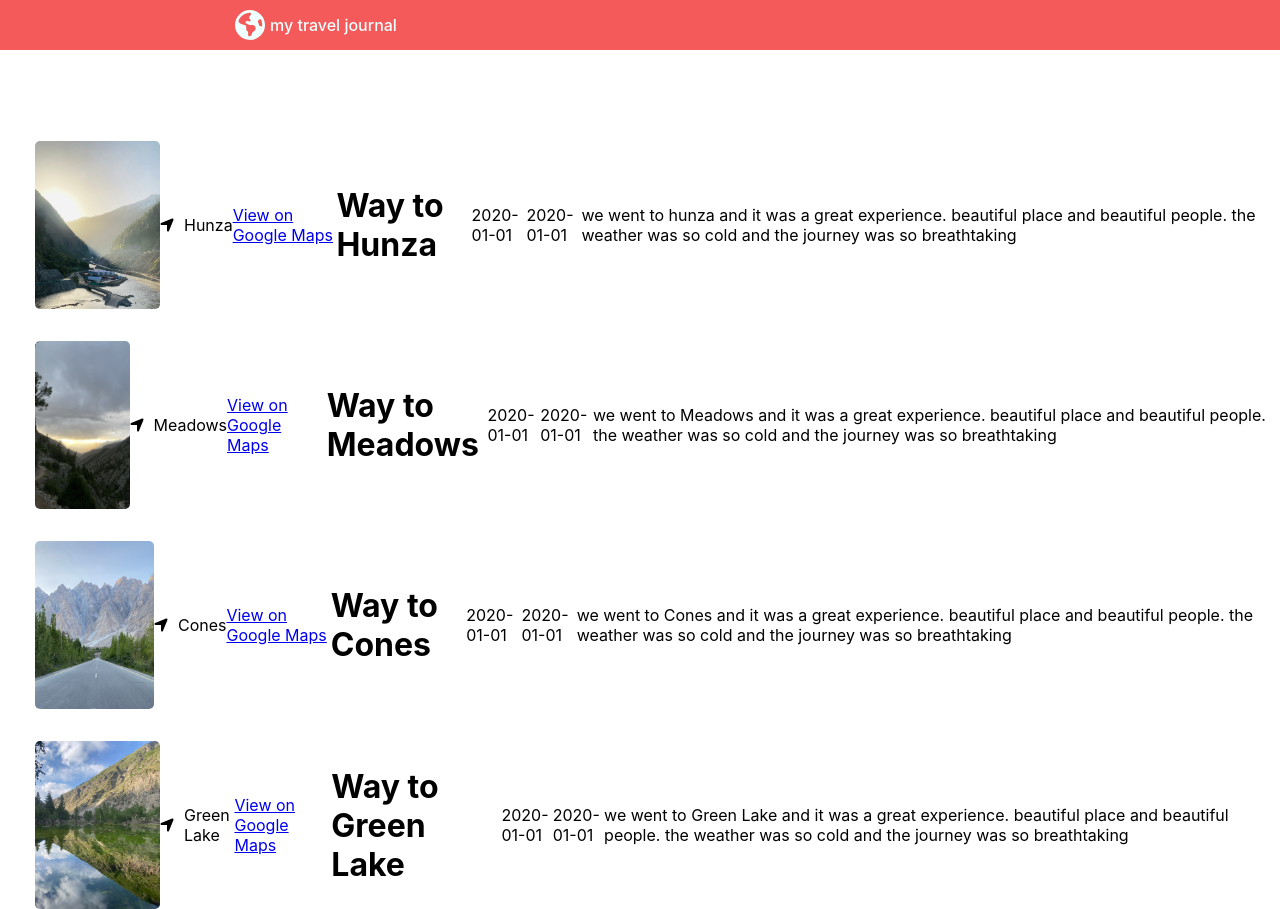
Repository: mortiestmorty1/travel-journal
Page: /
An editor plug-in stored every save of this project. The page is shown before and after the next save, followed by the edit.
The browser window is 1280 px wide. The pictures show the whole page.
The project was rebuilt for these pictures with package versions that can differ from the ones it lists, and the page was loaded fresh each time.

Above is the page before, as saved 2024-01-17 14:50:47.

After the next save:
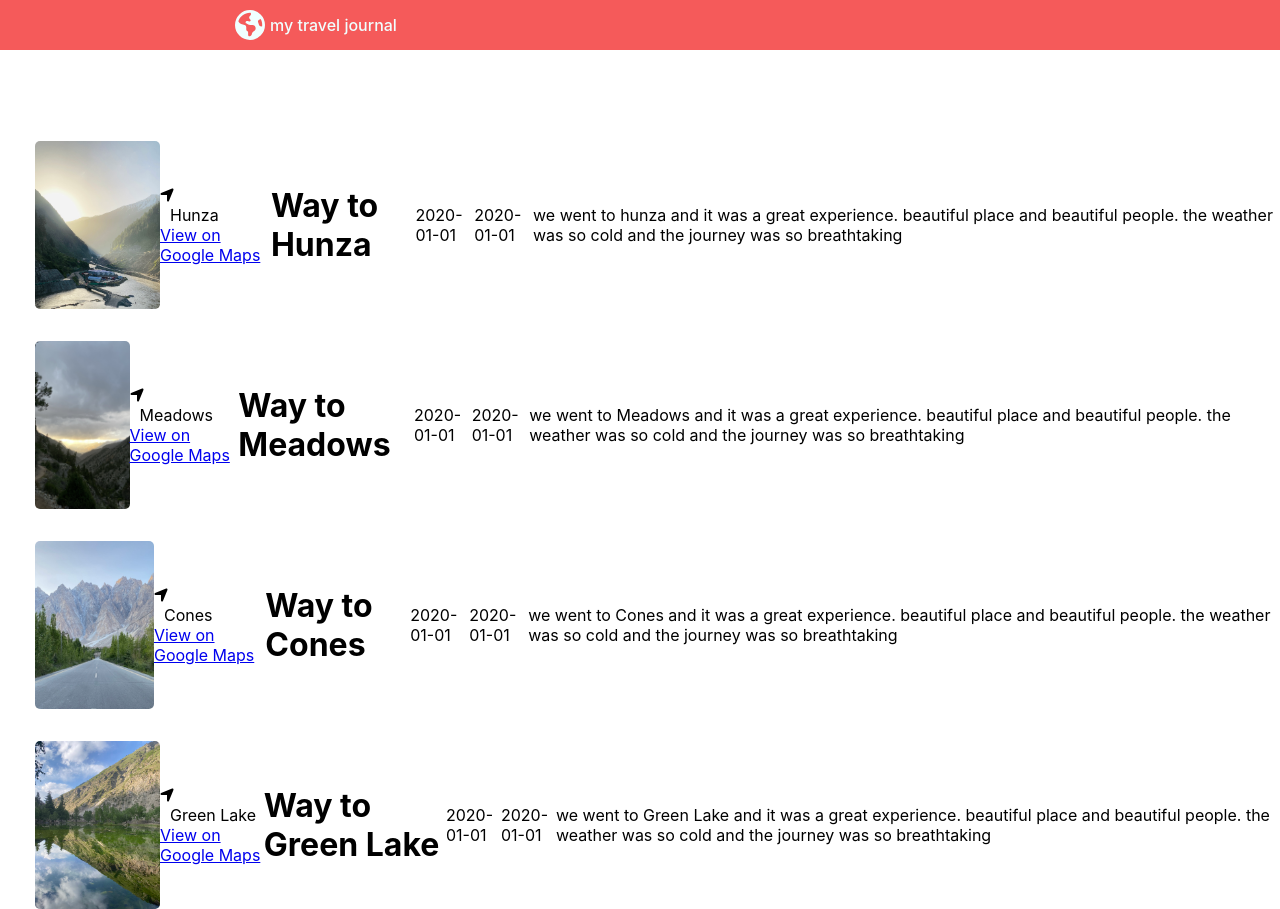
Saved 44 s later.
--- a/src/components/content.js
+++ b/src/components/content.js
@@ -8,11 +8,13 @@ function Content(props){
         <div className="content-container">
             <img className="image" src={props.item.img}>
             </img>
-            <FontAwesomeIcon icon={faLocationArrow} className="Location"></FontAwesomeIcon>
-            <span className="location">
-                {props.item.location}
-            </span>
-            <a href={props.item.googlelink}>View on Google Maps</a>
+            <div className="section1">
+                <FontAwesomeIcon icon={faLocationArrow} className="Location"></FontAwesomeIcon>
+                <span className="location">
+                    {props.item.location}
+                </span>
+                <a href={props.item.googlelink}>View on Google Maps</a>
+            </div>
             <h1 className="Title">{props.item.Title}</h1>
             <span className="date-start">{props.item.datestart}</span>
             <span className="date-end">{props.item.dateend}</span>
